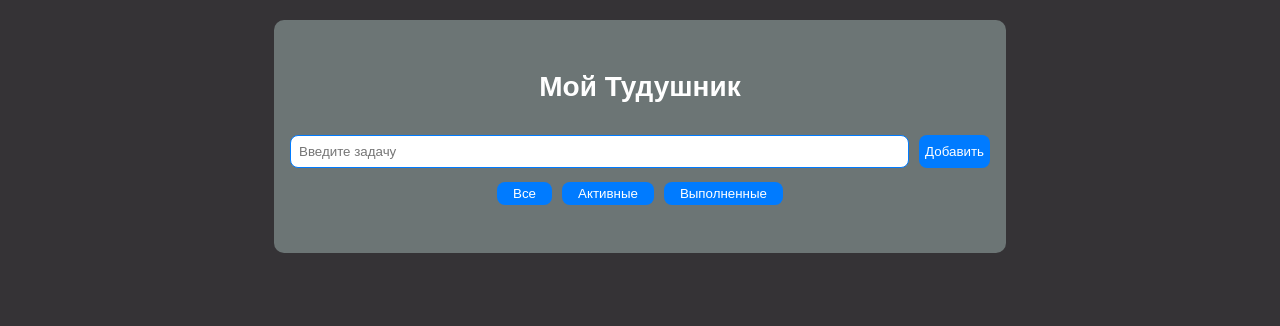
Repository: AlekCawka/-todo-project
Page: /
An editor plug-in stored every save of this project. The page is shown before and after the next save, followed by the edit.
The browser window is 1280 px wide. The pictures show the whole page.
The project was rebuilt for these pictures with package versions that can differ from the ones it lists, and the page was loaded fresh each time. Also part of the build but not shown: vite.config.js.

Above is the page before, as saved 2025-08-06 22:23:27.

After the next save:
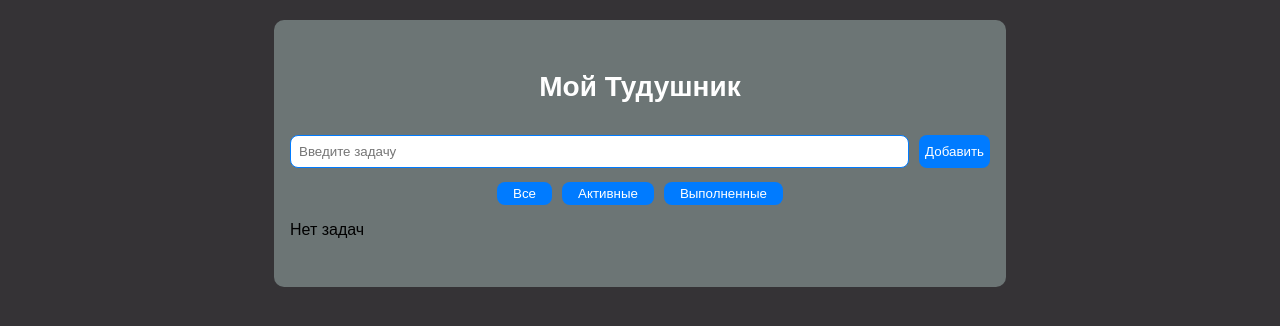
Saved 58 s later.
--- a/src/App.jsx
+++ b/src/App.jsx
@@ -3,19 +3,34 @@ import { useTodos } from './hooks/useTodos';
 
 import './App.css';
 
-const App = () => {
-  const { todos, addTodo, deleteTodo, updateTodo, toggleCompleted } = useTodos();
+function App() {
+  const {
+    todos,
+    addTodo,
+    deleteTodo,
+    updateTodo,
+    toggleCompleted
+  } = useTodos();
+
   const [inputValue, setInputValue] = useState('');
   const [filter, setFilter] = useState('all');
 
   const handleAdd = () => {
-    addTodo(inputValue);
+    const trimmed = inputValue.trim();
+    if (!trimmed) return;
+    addTodo(trimmed);
     setInputValue('');
-  }
+  };
 
-  const handleChange = (e) => {
-    setInputValue(e.target.value);
-  }
+  const handleEdit = (id) => {
+    const todo = todos.find(t => t.id === id);
+    if (!todo) return;
+
+    const newText = prompt('Новое значение:', todo.text);
+    if (!newText || !newText.trim()) return;
+
+    updateTodo(id, { text: newText.trim() });
+  };
 
   const getFilteredTodos = (todos, filter) => {
     switch (filter) {
@@ -39,7 +54,7 @@ const App = () => {
           type="text"
           placeholder="Введите задачу"
           value={inputValue}
-          onChange={handleChange}
+          onChange={(e) => setInputValue(e.target.value)}
         />
         <button onClick={handleAdd}>Добавить</button>
       </div>
@@ -51,28 +66,22 @@ const App = () => {
       </div>
 
       <ul className="list">
-        {filteredTodos.map(todo => (
-          <li key={todo.id} className="todo-item">
-            <input
-              type="checkbox"
-              checked={todo.completed}
-              onChange={() => toggleCompleted(todo.id)}
-            />
-            <span
-              style={{ textDecoration: todo.completed ? 'line-through' : 'none' }}
-            >
-              {todo.text}
-            </span>
-            <button onClick={() => {
-              const newText = prompt('Новое значение:', todo.text);
-              if (newText) updateTodo(todo.id, newText);
-            }}>Редактировать</button>
-            <button onClick={() => deleteTodo(todo.id)}>Удалить</button>
-          </li>
+        {filteredTodos.length === 0 && (
+          <p className="text-gray-500 text-center">Нет задач</p>
+        )}
+
+        {filteredTodos.map((todo) => (
+          <TodoItem
+            key={todo.id}
+            todo={todo}
+            onDelete={deleteTodo}
+            onToggle={toggleCompleted}
+            onEdit={handleEdit}
+          />
         ))}
       </ul>
     </div>
   );
-};
+}
 
 export default App;
